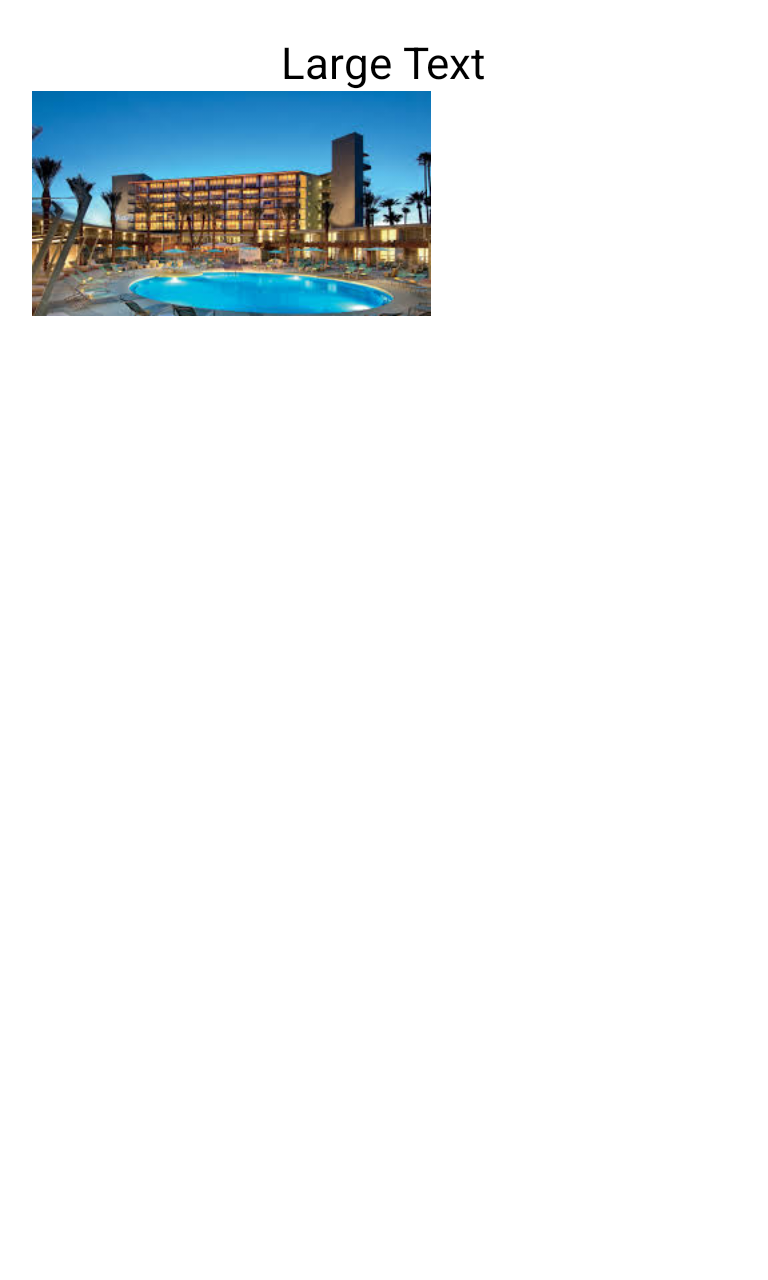
Repository: alyssialui/NCMS
Layout: CodeSprint/HotelLocator/res/layout/activity_featured.xml
An editor plug-in stored every save of this project. The layout is shown before and after the next save, followed by the edit.
It is drawn on a 768 x 1280 px phone screen (xhdpi) without system bars, with theme AppTheme; the app's code is not run. Lists and similar views that code fills are empty.

Above is the layout before, as saved 2013-04-07 21:30:57.

### CodeSprint/HotelLocator/res/layout/activity_featured.xml
<RelativeLayout xmlns:android="http://schemas.android.com/apk/res/android"
    xmlns:tools="http://schemas.android.com/tools"
    android:layout_width="match_parent"
    android:layout_height="match_parent"
    android:paddingBottom="@dimen/activity_vertical_margin"
    android:paddingLeft="@dimen/activity_horizontal_margin"
    android:paddingRight="@dimen/activity_horizontal_margin"
    android:paddingTop="@dimen/activity_vertical_margin"
    tools:context=".FeaturedActivity" >

    <TextView
        android:id="@+id/textView1"
        android:layout_width="wrap_content"
        android:layout_height="wrap_content"
        android:layout_alignParentTop="true"
        android:layout_centerHorizontal="true"
        android:text="Large Text"
        android:textAppearance="?android:attr/textAppearanceLarge" />

    <ImageView
        android:id="@+id/imageView1"
        android:layout_width="wrap_content"
        android:layout_height="wrap_content"
        android:layout_alignParentLeft="true"
        android:layout_below="@+id/textView1"
        android:src="@drawable/images" />

</RelativeLayout>

Loaded but not shown: CodeSprint/HotelLocator/res/values/styles.xml (common file); CodeSprint/HotelLocator/res/values-v11/styles.xml (common file); CodeSprint/HotelLocator/res/values-v14/styles.xml (common file); CodeSprint/HotelLocator/res/values/dimens.xml (common file)

After the next save:
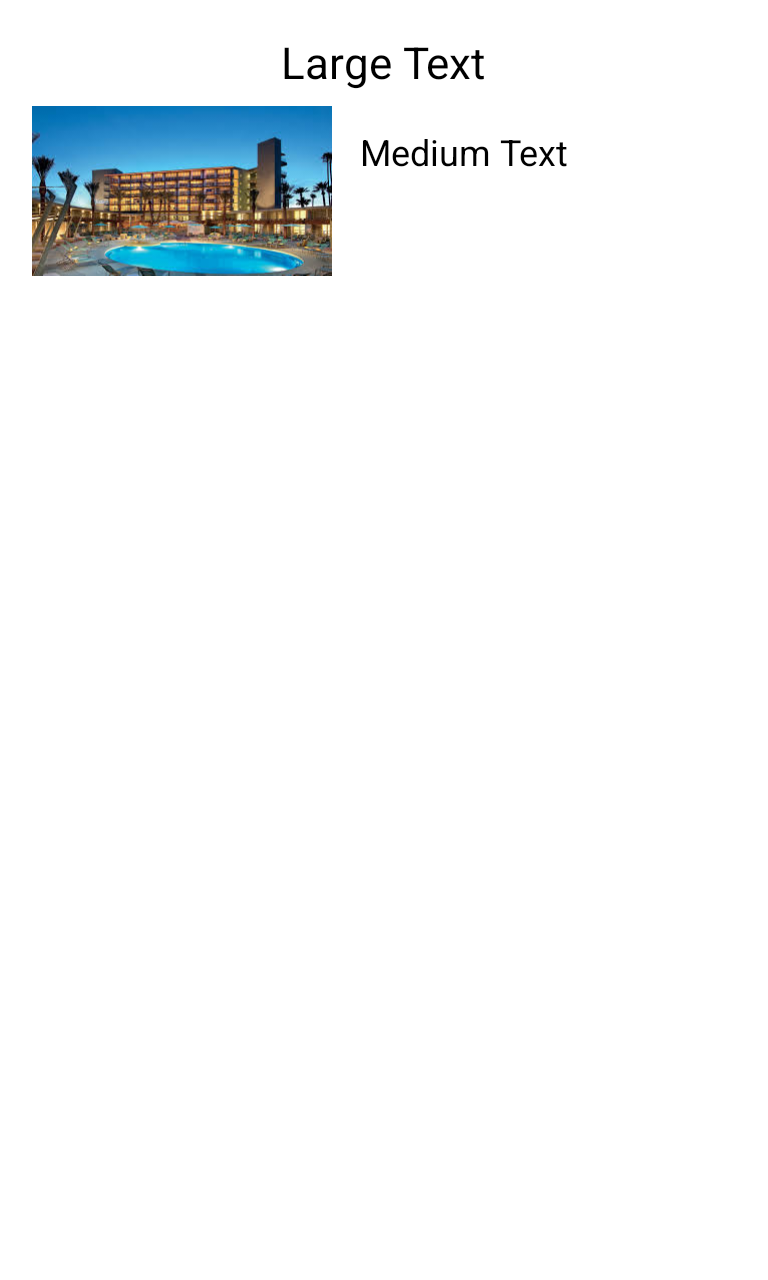
Saved 7 s later.
--- a/CodeSprint/HotelLocator/res/layout/activity_featured.xml
+++ b/CodeSprint/HotelLocator/res/layout/activity_featured.xml
@@ -19,10 +19,45 @@
 
     <ImageView
         android:id="@+id/imageView1"
-        android:layout_width="wrap_content"
-        android:layout_height="wrap_content"
+        android:layout_width="150dp"
+        android:layout_height="100dp"
         android:layout_alignParentLeft="true"
         android:layout_below="@+id/textView1"
         android:src="@drawable/images" />
 
+    <TextView
+        android:id="@+id/textView2"
+        android:layout_width="wrap_content"
+        android:layout_height="wrap_content"
+        android:layout_alignTop="@+id/imageView1"
+        android:layout_marginLeft="14dp"
+        android:layout_marginTop="18dp"
+        android:layout_toRightOf="@+id/imageView1"
+        android:text="Medium Text"
+        android:textAppearance="?android:attr/textAppearanceMedium" />
+
+    <ScrollView
+        android:id="@+id/scrollView1"
+        android:layout_width="wrap_content"
+        android:layout_height="wrap_content"
+        android:layout_alignLeft="@+id/imageView1"
+        android:layout_alignParentBottom="true"
+        android:layout_alignParentRight="true"
+        android:layout_below="@+id/imageView1"
+        android:layout_marginTop="18dp" >
+
+        <LinearLayout
+            android:layout_width="match_parent"
+            android:layout_height="match_parent"
+            android:orientation="vertical" >
+
+            <ExpandableListView
+                android:id="@+id/expandableListView1"
+                android:layout_width="match_parent"
+                android:layout_height="298dp" >
+            </ExpandableListView>
+
+        </LinearLayout>
+    </ScrollView>
+
 </RelativeLayout>
